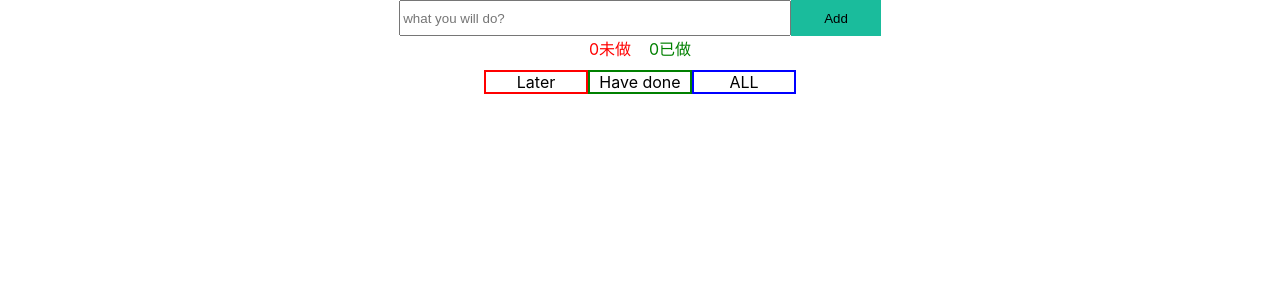
Repository: yurensmile/todolist
Page: /
These files come from the project's save history. The page is drawn as it stood at one moment and after the next save; the edit follows.
The browser window is 1280 px wide. The pictures show the whole page.
The project was rebuilt for these pictures with package versions that can differ from the ones it lists, and the page was loaded fresh each time. Also part of the build but not shown: src/All.js, src/HaveDone.js.

Above is the page before, as saved 2019-03-20 17:05:25.

After the next save:
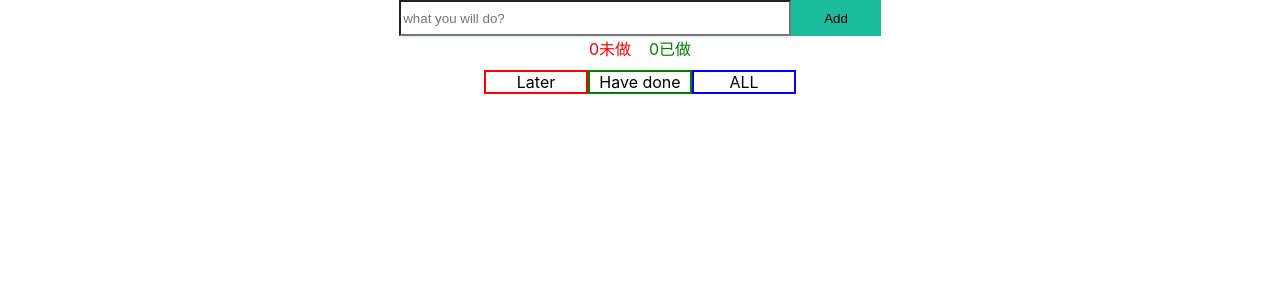
Saved 60 s later.
--- a/src/App.css
+++ b/src/App.css
@@ -43,7 +43,7 @@ li{
 input[type="text" ]{
   width: 30%;
   height: 30px;
-  border:
+  box-shadow: 2px 2px 1px rgba(236, 240, 241,1.0);
 }
 
 button{
